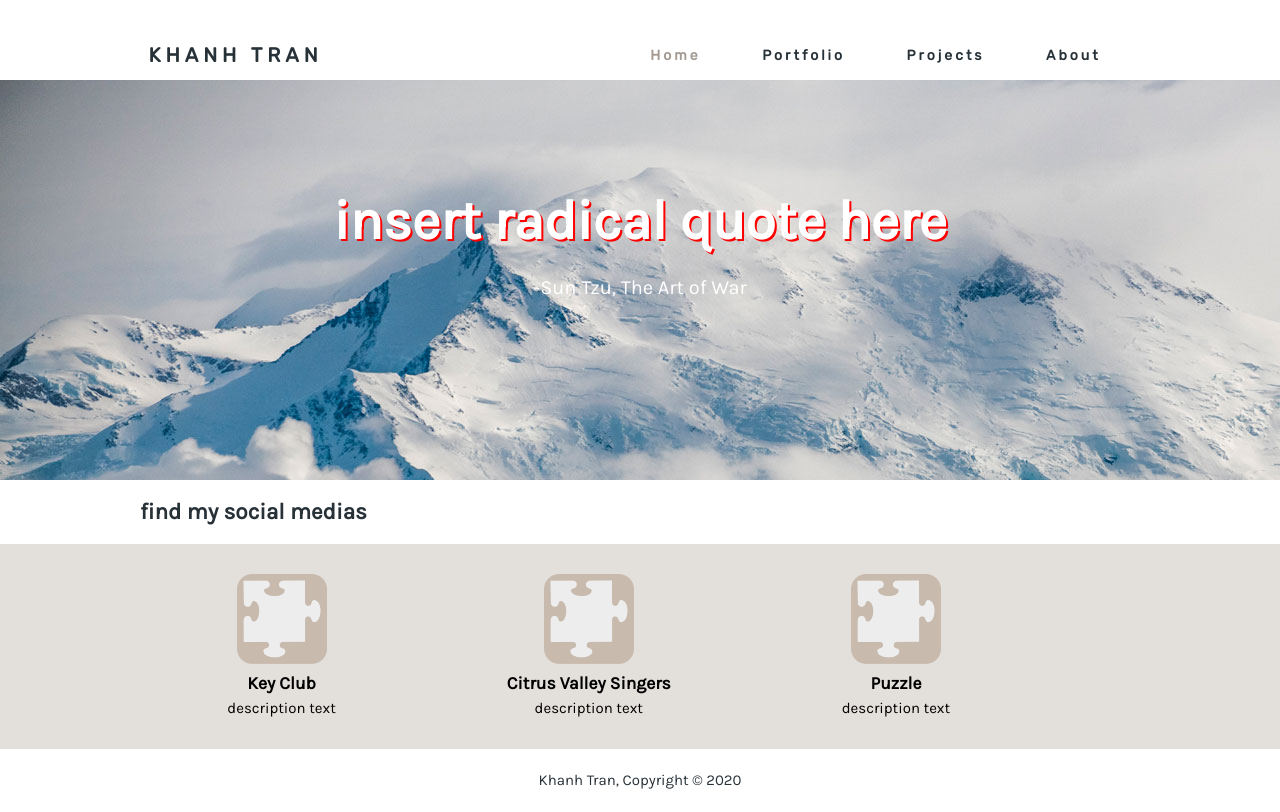
Repository: KTPo/KTPo.github.io
Page: index.html
The author's editor kept a record of every edit. The page is drawn from the files as they stood at one moment, then again after the next edit.
The browser window is 1280 px wide. The pictures show the whole page.

Above is the page before.

After the next edit:
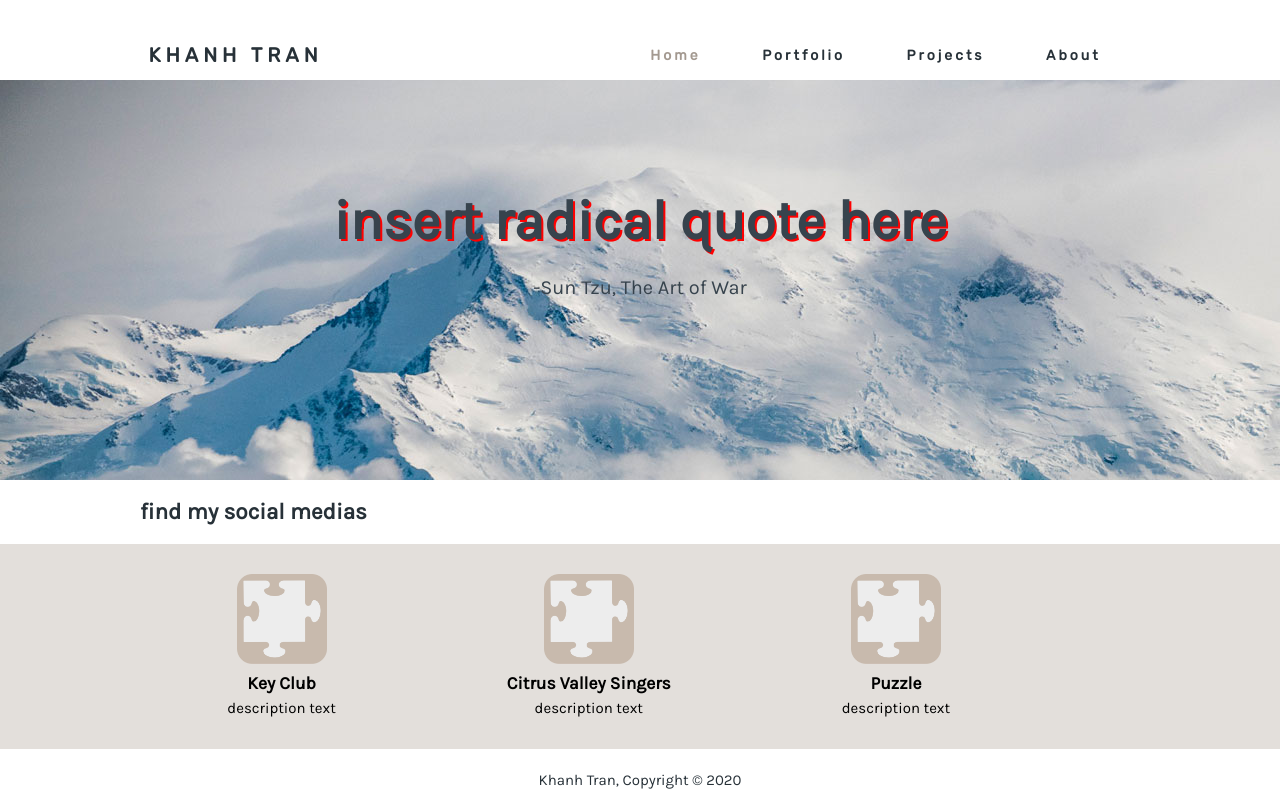
The edit:
--- a/style.css
+++ b/style.css
@@ -175,7 +175,7 @@
     min-height:400px;
     background:url('./previewImages/alaska.png') no-repeat ;
     text-align:center;
-    color:#ffffff;
+    color:#37434d;
 
 }
 
